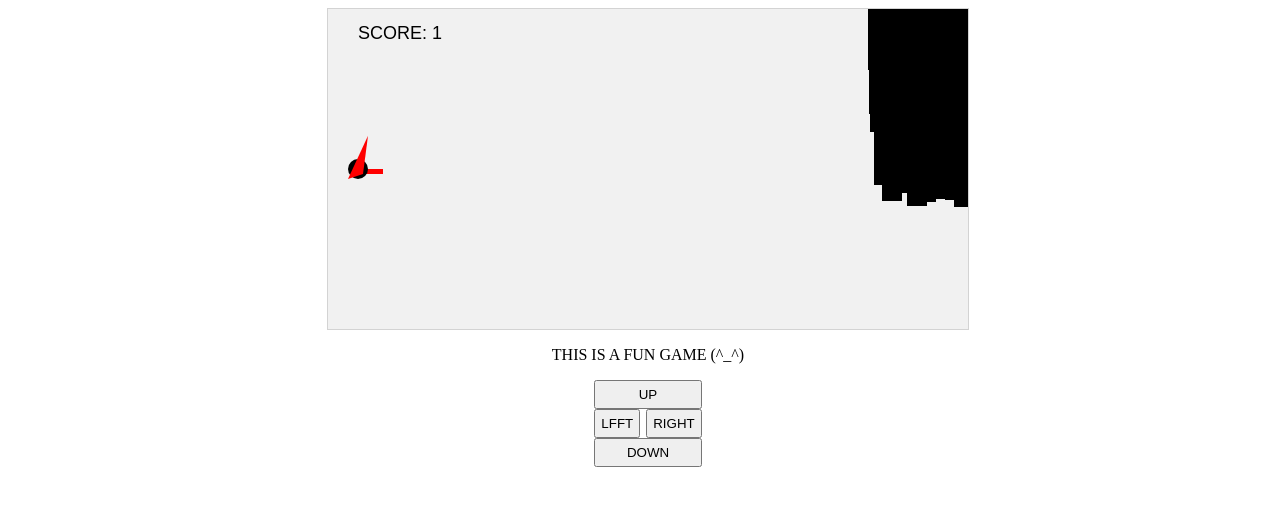
Repository: 0971638569/Game-javascript-canvas
Page: game-JAVASCRIPTS-HTML-CSS-CANVAS/index.html
These files come from the project's save history. The page is drawn as it stood at one moment and after the next save; the edit follows.
The browser window is 1280 px wide. The page is 1288 px wide, so the pictures cover 1288 px, including what lies to the right of the window. The pictures show the whole page.

Above is the page before, as saved 2022-11-16 17:25:58.

After the next save:
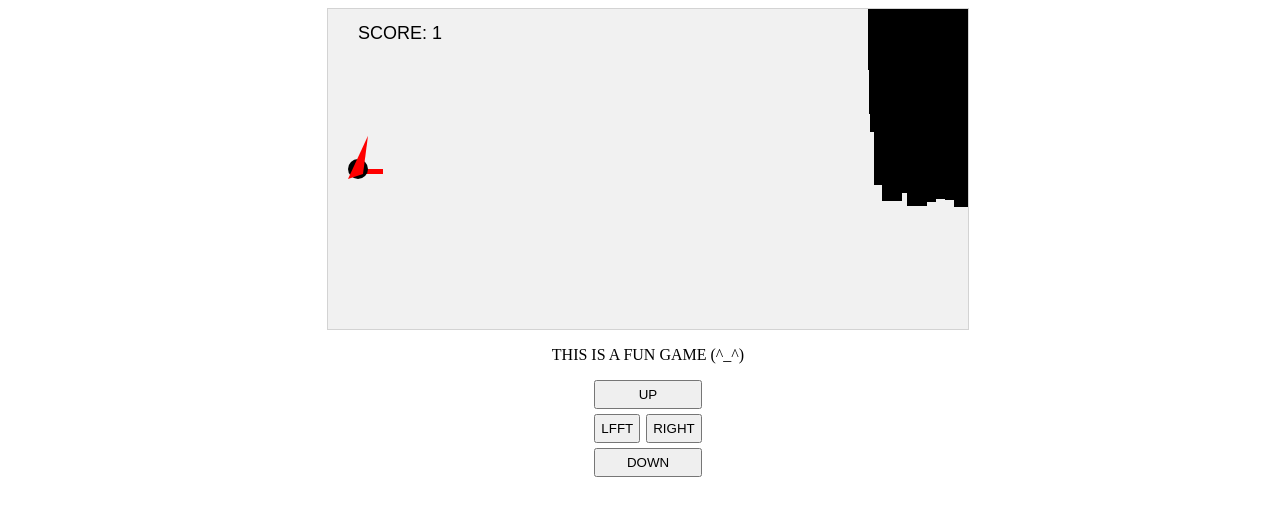
Saved 31 s later.
--- a/game-JAVASCRIPTS-HTML-CSS-CANVAS/styles.css
+++ b/game-JAVASCRIPTS-HTML-CSS-CANVAS/styles.css
@@ -19,6 +19,8 @@ button {
 }
 .btnMove {
     display: flex;
+    margin-top: 5px;
+    margin-bottom: 5px;
 }
 
 #left-btn {
